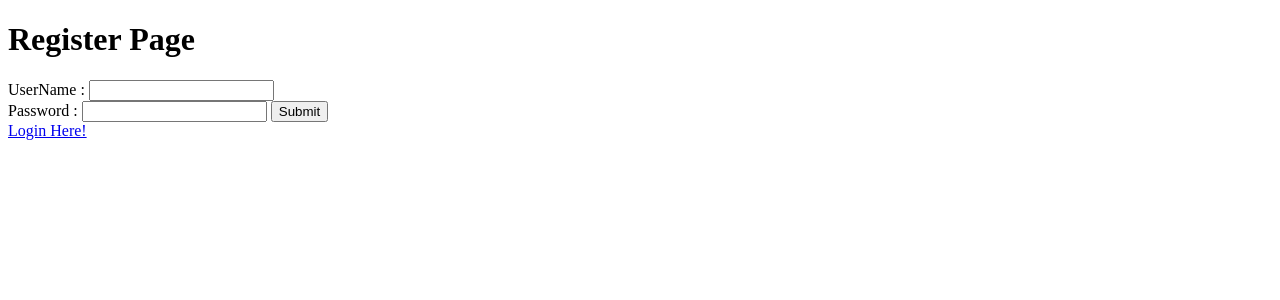
Repository: devgpta19/CDAC-Assignments
Page: http://localhost/CarVehicle/RegisterPage.jsp
An editor plug-in stored every save of this project. The page is shown before and after the next save, followed by the edit.
The browser window is 1280 px wide. The pictures show the whole page.
The page is served by Tomcat 9. Other server files are loaded and not shown.

Above is the page before, as saved 2025-12-11 06:28:39.

### Adv.Java/Prac/CarVehicle/src/main/webapp/RegisterPage.jsp
<%@ page language="java" contentType="text/html; charset=ISO-8859-1"
    pageEncoding="ISO-8859-1"%>
<!DOCTYPE html>
<html>
<head>
<meta charset="ISO-8859-1">
<title>Insert title here</title>
</head>
<body>

	<h1>Register Page</h1>
	<form action="/RegisterMe" method="post">

		<label for="uname" >UserName : </label>
		<input type="text" name="uname" id="uname" />

		<br>

		<label for="pass" >Password : </label>
		<input type="text" name="pass" id="pass" />

		<button type="submit" name="btn" id="btn" >Submit</button>

	</form>

	<a href="LoginPage.jsp" >Login Here!</a> &nbsp; &nbsp;

</body>
</html>

After the next save:
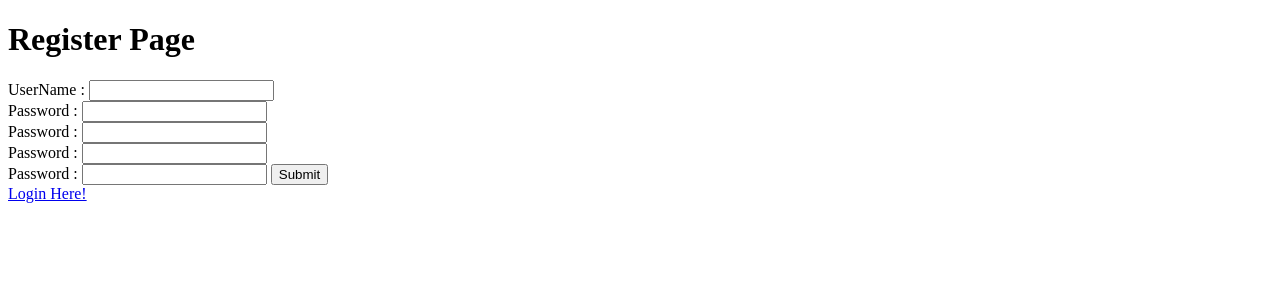
Saved 12 s later.
--- a/Adv.Java/Prac/CarVehicle/src/main/webapp/RegisterPage.jsp
+++ b/Adv.Java/Prac/CarVehicle/src/main/webapp/RegisterPage.jsp
@@ -19,6 +19,21 @@
 		<label for="pass" >Password : </label>
 		<input type="text" name="pass" id="pass" />
 
+		<br>
+
+		<label for="pass" >Password : </label>
+		<input type="text" name="pass" id="pass" />
+
+		<br>
+
+		<label for="pass" >Password : </label>
+		<input type="text" name="pass" id="pass" />
+
+		<br>
+
+		<label for="pass" >Password : </label>
+		<input type="text" name="pass" id="pass" />
+
 		<button type="submit" name="btn" id="btn" >Submit</button>
 
 	</form>
